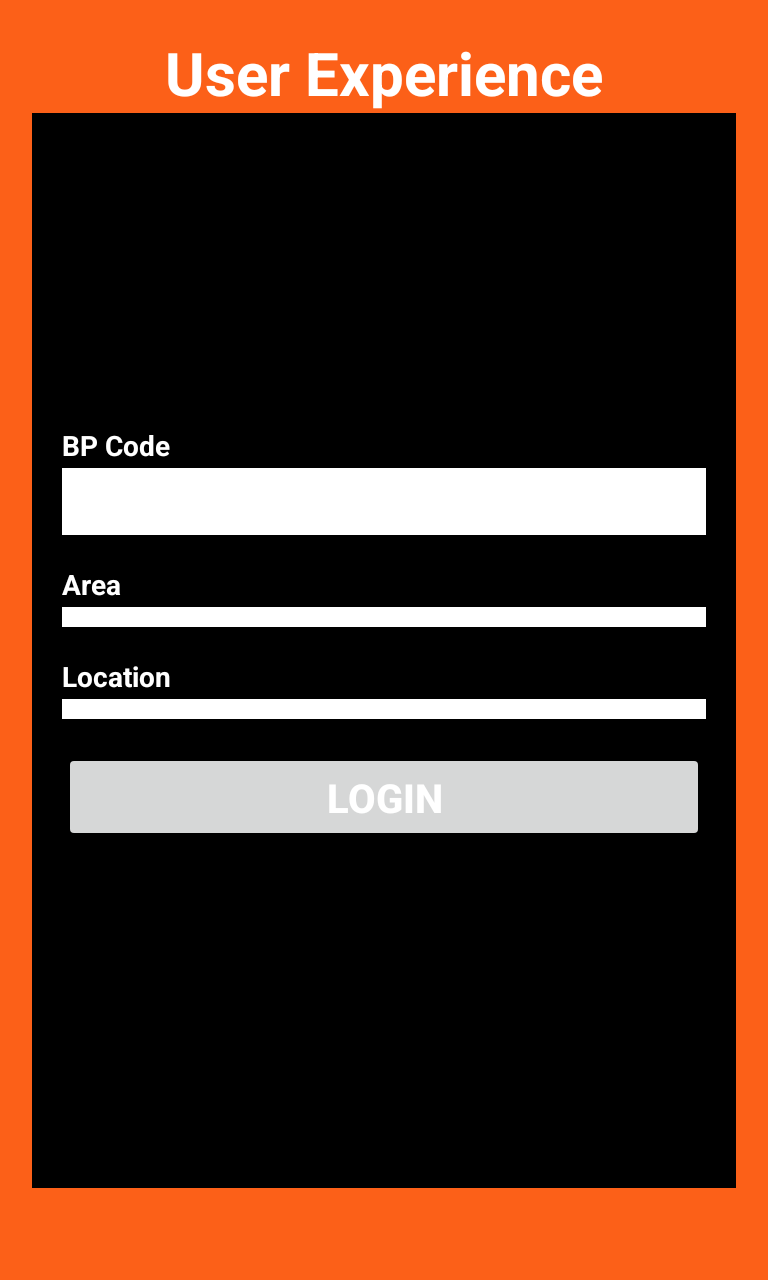
Repository: MushfiqurRahman/BLink3gApp
Layout: 3gExperience/res/layout/fragment_survey.xml
An editor plug-in stored every save of this project. The layout is shown before and after the next save, followed by the edit.
It is drawn on a 768 x 1280 px phone screen (xhdpi) without system bars, with theme AppTheme; the app's code is not run.

Above is the layout before, as saved 2014-05-20 17:59:03.

After the next save:
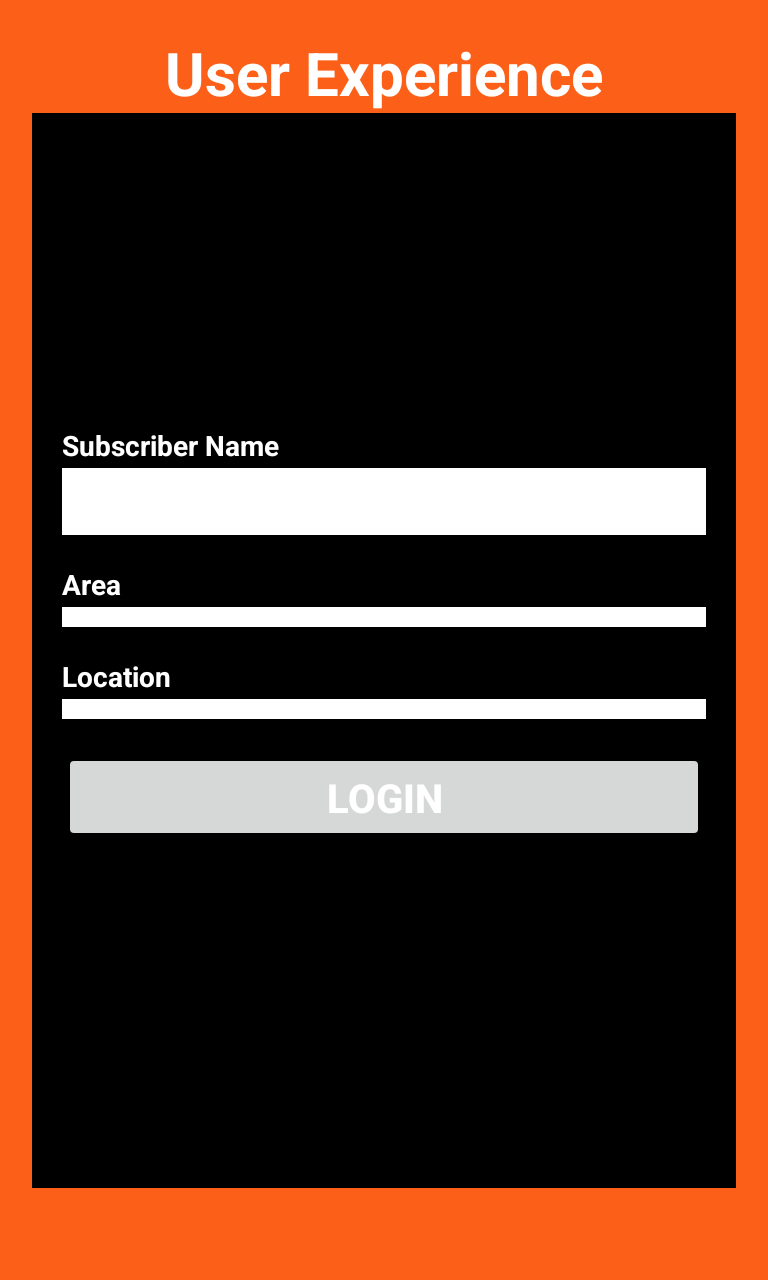
Saved 43 s later.
--- a/3gExperience/res/layout/fragment_survey.xml
+++ b/3gExperience/res/layout/fragment_survey.xml
@@ -58,7 +58,7 @@
                 android:layout_width="wrap_content"
                 android:layout_height="wrap_content"
                 android:layout_marginBottom="2dp"
-                android:text="@string/bp_code"
+                android:text="@string/sbcr_name"
                 android:textColor="#FFFFFF"
                 android:textStyle="bold" />
         </LinearLayout>
